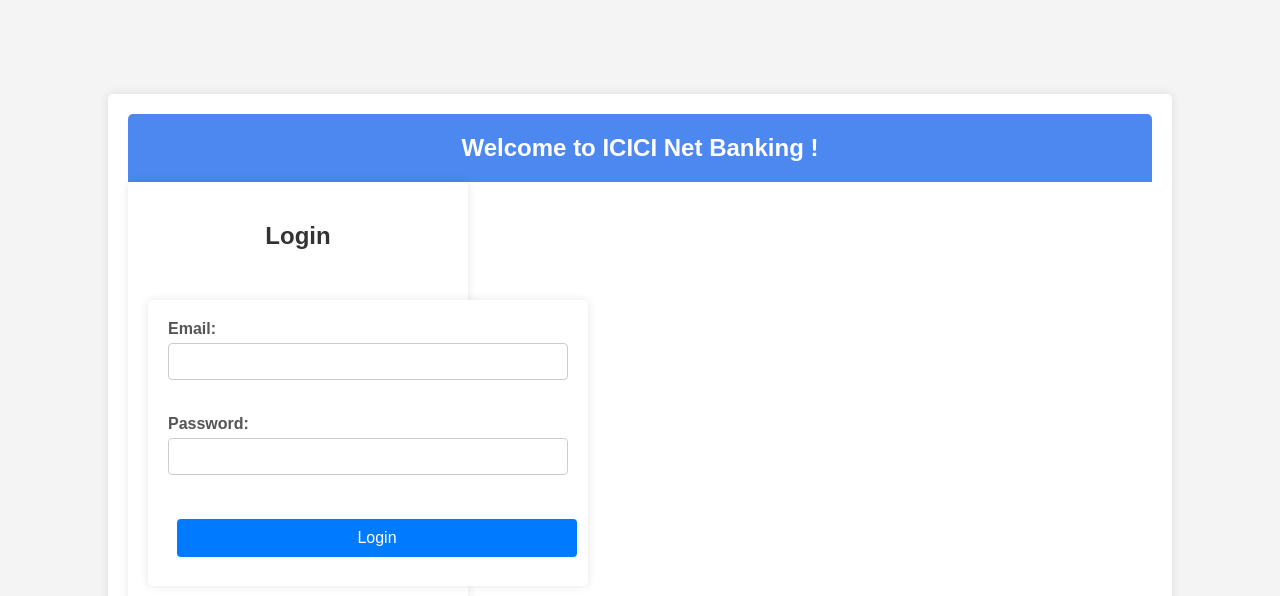
Repository: vinayakGarudi2002/swabhavTrainingProjects
Page: http://localhost/01_banking_application/login.jsp
An editor plug-in stored every save of this project. The page is shown before and after the next save, followed by the edit.
The browser window is 1280 px wide. The pictures show the whole page.
The page is served by Tomcat 9. Other server files are loaded and not shown.

Above is the page before, as saved 2024-08-12 13:47:34.

### 01_banking_application/WebContent/login.jsp
<%@ page language="java" contentType="text/html; charset=UTF-8" pageEncoding="UTF-8"%>
<%@ taglib uri="http://java.sun.com/jsp/jstl/core" prefix="c" %>
<!DOCTYPE html>
<html>
<head>
    <meta charset="UTF-8">
    <title>Login - Banking App</title>
    <link rel="stylesheet" type="text/css" href="static/css/styles.css">
    <style type="text/css">
     .dashboard-container {
            width: 80%;
            margin: 0 auto;
            margin-top: 50px;
        }

    </style>
</head>
<body>
 <div class="dashboard-container">
 <div class="heade-dashboard-container">
            <h1>Welcome to ICICI Net Banking !</h1>
        </div>
    <div class="login-container">
        <h2>Login</h2>
        <form class="form-container" action="LoginServlet" method="post">
            <div class="form-group">
                <label for="email">Email:</label>
                <input type="email" id="email" name="email" required>
            </div>
            <div class="form-group">
                <label for="password">Password:</label>
                <input type="password" id="password" name="password" required>
            </div>
            <button type="submit">Login</button>
        </form>
        <c:if test="${not empty errorMessage}">
            <div class="error-message">${errorMessage}</div>
        </c:if>
    </div>

    </div>
</body>
</html>

### 01_banking_application/WebContent/static/css/styles.css
/* styles.css */
body {
    font-family: Arial, sans-serif;
    background-color: #f4f4f4;
    display: flex;
    justify-content: center;
    align-items: center;
    height: 100vh;
    margin: 0;
}

.login-container {
    background-color: #fff;
    padding: 20px;
    border-radius: 5px;
    box-shadow: 0 0 10px rgba(0, 0, 0, 0.1);
    width: 300px;
}

h2 {
    margin-bottom: 20px;
    font-size: 24px;
    color: #333;
    text-align: center;
}

.form-group {
    margin-bottom: 15px;
}

label {
    display: block;
    margin-bottom: 5px;
    color: #555;
}

input[type="email"],
input[type="password"] {
    width: 100%;
    padding: 8px;
    box-sizing: border-box;
    border: 1px solid #ddd;
    border-radius: 4px;
}

button {
    width: 100%;
    padding: 10px;
    background-color: #007bff;
    color: white;
    border: none;
    border-radius: 4px;
    cursor: pointer;
    font-size: 16px;
}

button:hover {
    background-color: #0056b3;
}

.error-message {
    color: red;
    margin-top: 10px;
    text-align: center;
}

/* Additional styles for dashboard */
.dashboard-container {
    background-color: #fff;
    padding: 20px;
    border-radius: 5px;
    box-shadow: 0 0 10px rgba(0, 0, 0, 0.1);
    width: 400px;
    margin: 50px auto;
    text-align: center;
}

.admin-actions {
    list-style-type: none;
    padding: 0;
    margin: 20px 0;
}

.admin-actions li {
    margin: 10px 0;
}

.admin-actions a {
    text-decoration: none;
    color: #007bff;
    font-size: 18px;
}

.admin-actions a:hover {
    text-decoration: underline;
}

button {
    width: 100%;
    padding: 10px;
    background-color: #dc3545;
    color: white;
    border: none;
    border-radius: 4px;
    cursor: pointer;
    font-size: 16px;
    margin-top: 20px;
}

button:hover {
    background-color: #c82333;
}

/* add customer   */
.form-container {
    background-color: #fff;
    padding: 20px;
    border-radius: 5px;
    box-shadow: 0 0 10px rgba(0, 0, 0, 0.1);
    width: 400px;
    margin: 50px auto;
    text-align: left;
}

.form-container h2 {
    text-align: center;
    margin-bottom: 20px;
}

.form-container label {
    display: block;
    margin-bottom: 5px;
    font-weight: bold;
}

.form-container input[type="text"],
.form-container input[type="email"],
.form-container input[type="password"],
.form-container input[type="number"] {
    width: 100%;
    padding: 10px;
    margin-bottom: 20px;
    border: 1px solid #ccc;
    border-radius: 4px;
}

.form-container button {
    width: 100%;
    padding: 10px;
    background-color: #007bff;
    color: white;
    border: none;
    border-radius: 4px;
    cursor: pointer;
    font-size: 16px;
    margin:9px;
}

.form-container button:hover {
    background-color: #0056b3;
}

.error-message {
    color: red;
    font-weight: bold;
    margin-top: 20px;
    text-align: center;
}

.succes-message {
    color: green;
    font-weight: bold;
    margin-top: 20px;
    text-align: center;
}



/*vew all customer  */

  .customer-view-container {
            background-color: #fff;
            padding: 20px;
            border-radius: 5px;
            box-shadow: 0 0 10px rgba(0, 0, 0, 0.1);
            width: 600px;
            margin: 50px auto;
        }

        .customer-view-container h2 {
            text-align: center;
            margin-bottom: 20px;
            color: #333;
        }

        table {
            width: 100%;
            border-collapse: collapse;
            margin-bottom: 20px;
        }

        table th, table td {
            border: 1px solid #ddd;
            padding: 10px;
            text-align: center;
        }

        table th {
            background-color: #007bff;
            color: white;
        }

        table td {
            background-color: #f9f9f9;
            color: #333;
        }





  .form-container {
            background-color: #fff;
            padding: 20px;
            border-radius: 5px;
            box-shadow: 0 0 10px rgba(0, 0, 0, 0.1);
            width: 400px;
            margin: 50px auto;
        }

        h2 {
            text-align: center;
            margin-bottom: 20px;
            color: #333;
        }

        label {
            display: block;
            margin-bottom: 10px;
            font-weight: bold;
            color: #555;
        }

        select, input[type="text"] {
            width: 100%;
            padding: 10px;
            margin-bottom: 20px;
            border: 1px solid #ccc;
            border-radius: 4px;
        }

        button {
            width: 48%;
            padding: 10px;
            background-color: #007bff;
            color: white;
            border: none;
            border-radius: 4px;
            cursor: pointer;
            font-size: 16px;
        }

        button:hover {
            background-color: #0056b3;
        }

        .error-message {
            color: red;
            font-weight: bold;
            margin-top: 20px;
            text-align: center;
        }

        .success-message {
            color: green;
            font-weight: bold;
            margin-top: 20px;
            text-align: center;
        }

        .buttons-container {
            display: flex;
            justify-content: space-between;
        }


        /* customer Operation */

        .header {
            margin-bottom: 20px;
            color: #333;
            text-align: center;
        }

        .content h2 {
            margin-bottom: 20px;
            color: #333;
        }



        .error-message {
            color: red;
            margin-top: 10px;
            text-align: center;
        }






        .heade-dashboard-container {
            background-color: #4c88ef;
            color: white;
            padding: 20px;
            text-align: center;
            border-radius: 5px 5px 0 0;
        }

        .heade-dashboard-container h1 {
            margin: 0;
            font-size: 24px;
        }

        .nav {
            display: flex;
            justify-content: space-around;
            background-color: #333;
            padding: 15px;
            border-radius: 0 0 5px 5px;
        }

        .nav a {
            color: white;
            text-decoration: none;
            padding: 14px 20px;
            text-align: center;
            border-radius: 4px;
        }

        .nav a:hover {
            background-color: #ddd;
            color: black;
        }

        .nav a.active {
            background-color: #4CAF50;
            color: white;
        }

        .content {
            margin-top: 30px;
            padding: 20px;
            background-color: white;
            border-radius: 5px;
            box-shadow: 0 0 10px rgba(0, 0, 0, 0.1);
        }

        .content h2 {
            margin-top: 0;
            font-size: 22px;
        }

        .account-info {
            margin-top: 20px;
            padding: 10px;
            background-color: #e7f1ff;
            border-radius: 5px;
            border: 1px solid #b3d9ff;
            text-align-last: start;
}
        }

After the next save:
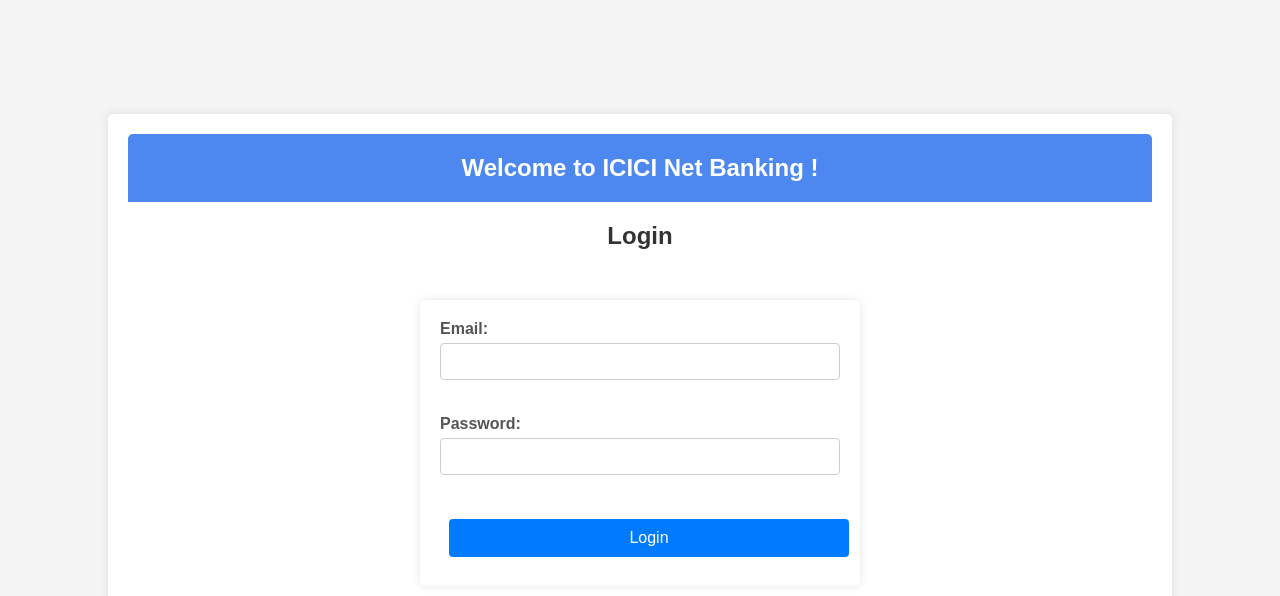
Saved 21 s later.
--- a/01_banking_application/WebContent/login.jsp
+++ b/01_banking_application/WebContent/login.jsp
@@ -20,7 +20,7 @@
  <div class="heade-dashboard-container">
             <h1>Welcome to ICICI Net Banking !</h1>
         </div>
-    <div class="login-container">
+    <div class="">
         <h2>Login</h2>
         <form class="form-container" action="LoginServlet" method="post">
             <div class="form-group">
